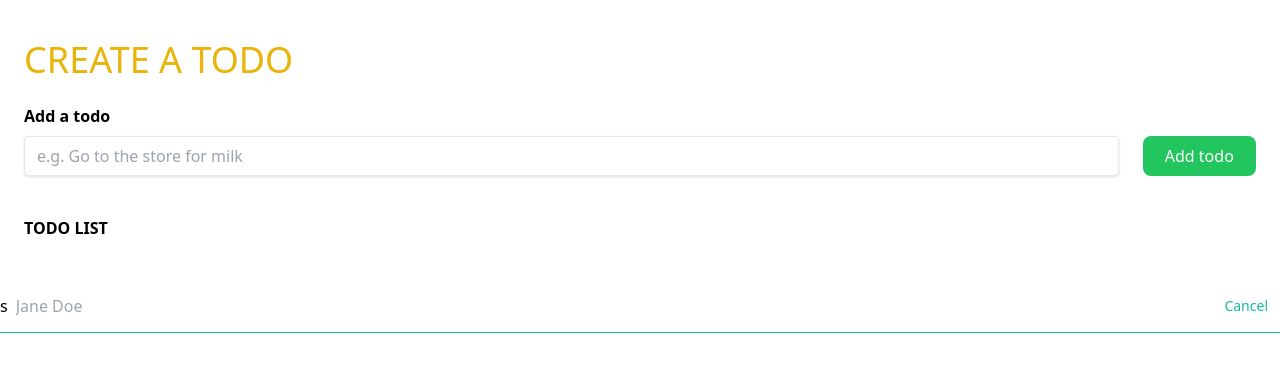
Repository: Kajo-lab/vue-todo
Page: /
These files come from the project's save history. The page is drawn as it stood at one moment and after the next save; the edit follows.
The browser window is 1280 px wide. The pictures show the whole page.
The project was rebuilt for these pictures with package versions that can differ from the ones it lists, and the page was loaded fresh each time. Also part of the build but not shown: vite.config.js, webpack.config.js.

Above is the page before, as saved 2022-07-07 18:13:47.

After the next save:
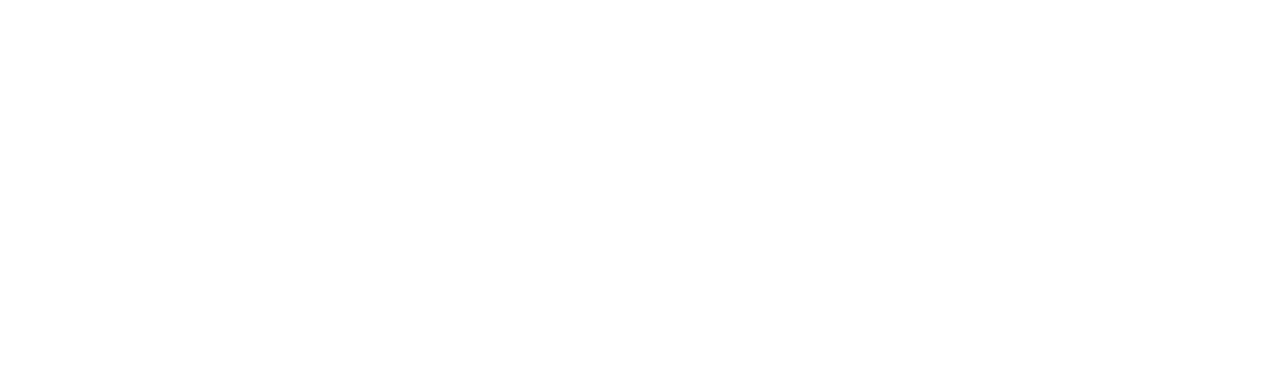
Console error: TypeError: Cannot read properties of undefined (reading 'done')
Saved 13 s later.
--- a/src/App.vue
+++ b/src/App.vue
@@ -93,7 +93,7 @@
 
 
   <div class="flex items-center border-b border-teal-500 py-2">
-s
+    <inpu type="checkbox" v-model="todo.done" />
 
     <input class="appearance-none bg-transparent border-none w-full text-gray-700 mr-3 py-1 px-2 leading-tight focus:outline-none" type="text" placeholder="Jane Doe" aria-label="Full name">
 

After the 4 saves that followed:
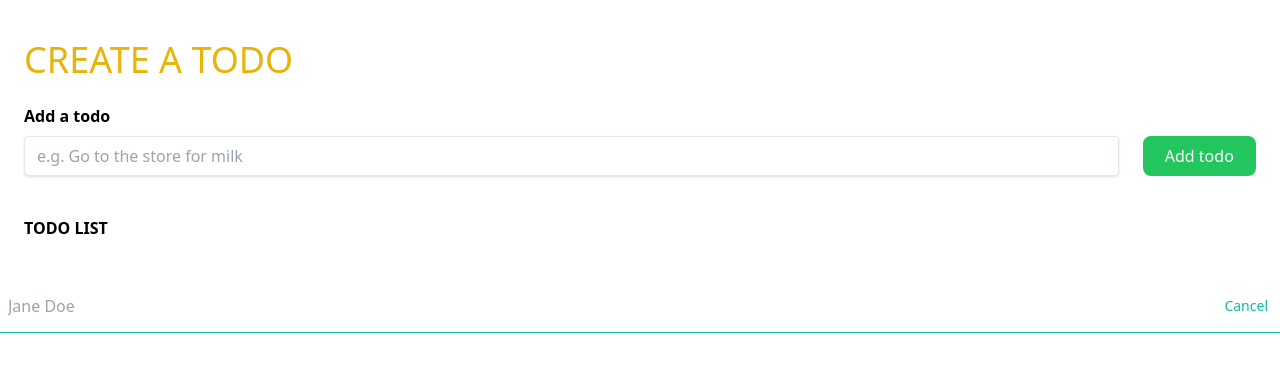
The error is gone.
The 4 saves are shown as one change because 2 did not build or start and some came seconds apart.
The last was saved 41 s later.
--- a/src/App.vue
+++ b/src/App.vue
@@ -93,7 +93,8 @@
 
 
   <div class="flex items-center border-b border-teal-500 py-2">
-    <inpu type="checkbox" v-model="todo.done" />
+	<div class="flex gap-6 items-center border-b border-teal-500 py-2"></div>
+
 
     <input class="appearance-none bg-transparent border-none w-full text-gray-700 mr-3 py-1 px-2 leading-tight focus:outline-none" type="text" placeholder="Jane Doe" aria-label="Full name">
 
